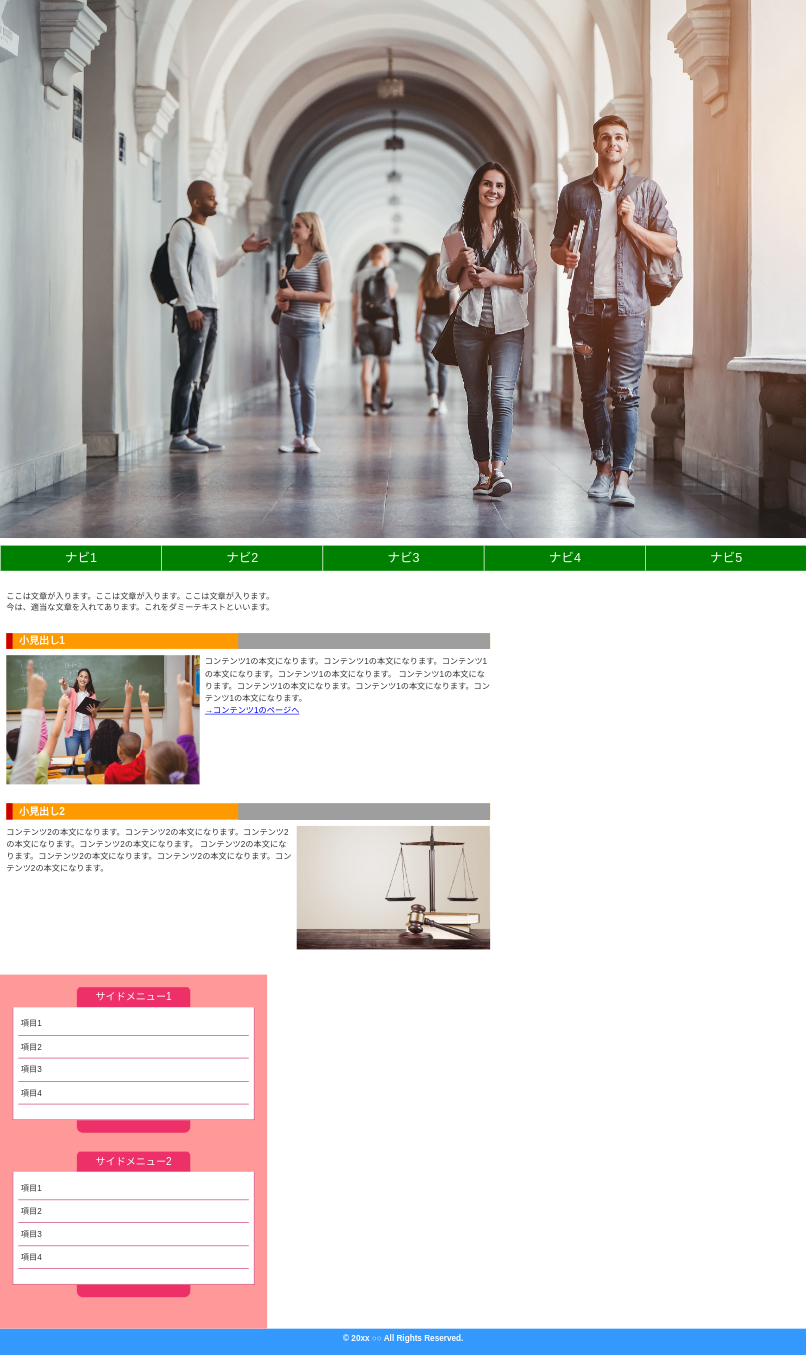
Repository: aaagit19/samurai_HTML-CSS
Page: index.html
The author's editor kept a record of every edit. The page is drawn from the files as they stood at one moment, then again after the next edit.
The browser window is 1280 px wide. The pictures show the whole page, at 63% of full size.
Pictures or frames that could not be fetched are drawn as grey boxes.

Above is the page before.

### index.html
<!DOCTYPE html>
<html lang="ja">
    <head>
        <meta charset="UTF-8">
        <title>HTML/CSSの学習</title>
        <link rel="stylesheet" href="stylesheet.css">
    </head>
    <body>
        <div id="header">
        <h1><a href="index.html"><img id="corridor" src="images/corridor.jpg" alt="大学の廊下" /></a></h1>
        </div>
        <div id="wrapper">
        <div id="nav">
            <ul>
              <li><a href="home.html">ナビ1</a></li>
              <li><a href="#">ナビ2</a></li>
              <li><a href="#">ナビ3</a></li>
              <li><a href="#">ナビ4</a></li>
              <li><a href="#">ナビ5</a></li>
            </ul>
            </div>
                    <div id="container">
                <div id="main">
                    <div class="post">
                        <p>ここは文章が入ります。ここは文章が入ります。ここは文章が入ります。<br />今は、適当な文章を入れてあります。これをダミーテキストといいます。</p>
                    </div>
                    <div class="post clearfix">
                        <h2>小見出し1</h2>
                        <img class="left" src="images/classroom.jpg" alt="授業風景" />
                        <p>
                            コンテンツ1の本文になります。コンテンツ1の本文になります。コンテンツ1の本文になります。コンテンツ1の本文になります。
                            コンテンツ1の本文になります。コンテンツ1の本文になります。コンテンツ1の本文になります。コンテンツ1の本文になります。
                        </p>
                        <p><a href="#">→コンテンツ1のページへ</a></p>
                    </div>
                    <div class="post clearfix">
                        <h2>小見出し2</h2>
                        <img class="right" src="images/scale.jpg" alt="天秤" />
                        <p>
                            コンテンツ2の本文になります。コンテンツ2の本文になります。コンテンツ2の本文になります。コンテンツ2の本文になります。
                            コンテンツ2の本文になります。コンテンツ2の本文になります。コンテンツ2の本文になります。コンテンツ2の本文になります。
                        </p>
                    </div>
</div>
                <div id="side">
                    <div class="box">
                        <h2>サイドメニュー1</h2>
                        <div class="boxBody">
                            <ul>
                                <li>項目1</li>
                                <li>項目2</li>
                                <li>項目3</li>
                                <li>項目4</li>
                            </ul>
                        </div>
                    </div>
                    <div class="box">
                        <h2>サイドメニュー2</h2>
                        <div class="boxBody">
                            <ul>
                                <li>項目1</li>
                                <li>項目2</li>
                                <li>項目3</li>
                                <li>項目4</li>
                            </ul>
                        </div>
                    </div>
                </div>
</div>
</div>
<div id="footer">
    <p>&copy; 20xx ○○ All Rights Reserved.</p>
    </div>
</div>
    </body>
</html>

### stylesheet.css
@charset "utf-8";

body {
	margin: 0;
	padding: 0;
	font-family: "ヒラギノ角ゴ Pro W3", "Hiragino Kaku Gothic Pro", "メイリオ", Meiryo, Osaka, "ＭＳ Ｐゴシック", "MS PGothic", sans-serif;
	color: #333;
	font-size: 13px;
	line-height: 150%;
}

/* -------------------- wrapper -------------------- */
#wrapper {
	width: 100%;
	margin: auto;
	padding: 0px;
	border: 0px;
	background-color: #FFF;
	top: 10px;
	position: relative;
}

/* -------------------- header -------------------- */
#header {
	width: 100%;
}
#header h1 {
	margin: 0;
	padding: 0;
}

#corridor {
	width: 100%;
	height: auto;
}


 /* -------------------- footer -------------------- */
 #footer {
 	 clear: both;
 	 width: 100%;
 	 padding: 3px 0 3px 0;
 	 background: #39F;
 	 color: #FFF;
 	 font-weight: bold;
 	 text-align: center;
}

 /* -------------------- nav -------------------- */
 #nav {
	width: 100%;
 }
 #nav ul {
 	display: flex;
 	margin: 0;
 	padding: 0;
 	list-style-type: none;
 }
 #nav ul li {
 	width: 20%;
 	text-align: center;
 }
 #nav ul li a {
 	display: block;
 	height: 20px;
 	margin: 0;
 	padding: 10px;
	color: #FFF;
	font-size: 20px;
	text-decoration: none;
	background-color: green;
    border-left: 1px solid white;
 }

  #nav ul li a:hover {
	filter: drop-shadow(10px 10px 10px black);
 }

  /* -------------------- container -------------------- */
 #container {
	width: 100%;
	margin: auto;
	padding: auto;
	padding-top: 20px;
	clear: both;
	display:grid;
	grid-templete-columns: 70vw 30vw;
 }
 /* -------------------- main -------------------- */
 #main {
	float: left;
	width: 60%;
 	padding: 10px 30px 10px 10px;
 }
 #main h2 {
	margin: 0 0 10px 0;
	padding: 3px 10px 3px 10px;
	color: #FFF;
 	font-size: 16px;
	border-left: solid 10px #C00;
	background: #F90 url(../images/main_h2.jpg) right top repeat-y;
 }
 #main p {
	margin: 0;
	padding: 0;
 }
 #main .post {
	margin: 0 0 30px 0;
 }

 #main .post img.right {
	margin: 0 0 0 8px;
 }
 #main .post img.left {
	margin: 0 8px 0 0;
 }

 .right {
	float: right;
	width: 40%;
	height: auto;
 }
 .left {
	float: left;
	width: 40%;
	height: auto;
 }

 /* -------------------- clearfix -------------------- */
 .clearfix {
	zoom: 1;
 }
 .clearfix:after{
	content: "";
	display: block;
	clear: both;
 }

 /* -------------------- side -------------------- */
 #side {
 	float: right;
 	width: 30%;
 	padding: 20px;
 	background-color: #F99;
 }
 #side .box {
 	margin: 0 auto 30px auto;
 	padding: 0 0 20px 0;
 	background: url(images/side_box.png) bottom no-repeat;
 }
 #side .box h2 {
 	margin: 0;
 	padding: 8px;
 	text-align: center;
 	color: #fff;
 	font-size: 16px;
 	line-height: 16px;
 	font-weight: normal;
 	background: url(images/side_box_h2.png) center no-repeat;
 }
 #side .box .boxBody {
 	padding: 8px;
 	border-right: solid 1px #C36;
 	border-bottom: solid 1px #C36;
 	border-left: solid 1px #C36;
 	background: #fff;
 }
 #side .box .boxBody ul {
 	margin: 0 0 16px 0;
 	padding: 0;
 }
 #side .box .boxBody ul li {
 	padding: 8px 0 8px 4px;
 	list-style: none;
 	border-bottom: solid 1px #C36;
 }

 #side .box .boxBody ul li:hover {
	padding: 8px 0 8px 4px;
	list-style: none;
	border-bottom: solid 1px #C36;
	box-shadow: 0px 4px 4px rgba(0, 0, 0, 0.3);
 }

After the next edit:
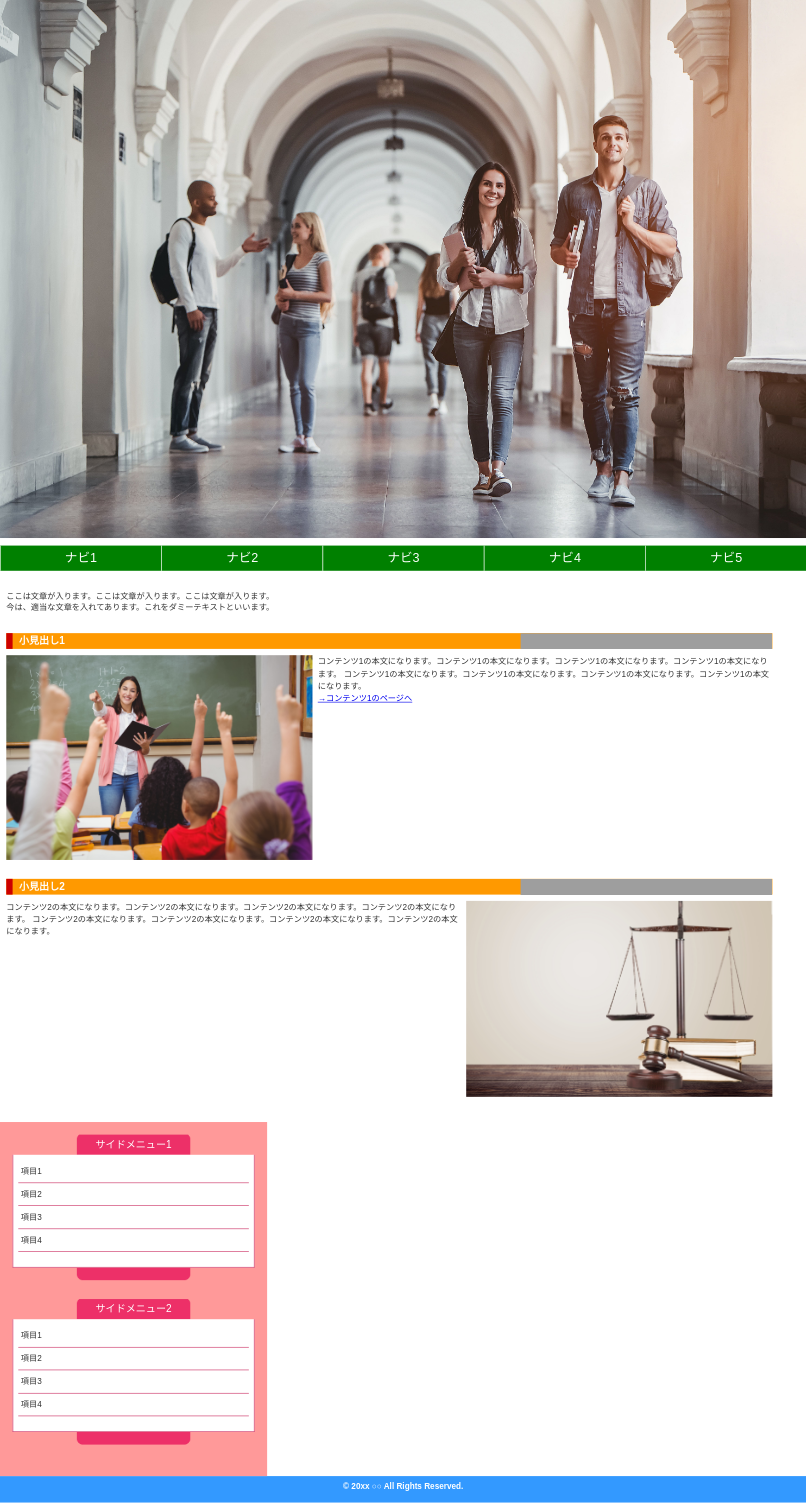
The edit:
--- a/stylesheet.css
+++ b/stylesheet.css
@@ -88,9 +88,8 @@
  }
  /* -------------------- main -------------------- */
  #main {
-	float: left;
-	width: 60%;
- 	padding: 10px 30px 10px 10px;
+     width:95%;
+     padding: 10px 30px 10px 10px;
  }
  #main h2 {
 	margin: 0 0 10px 0;
